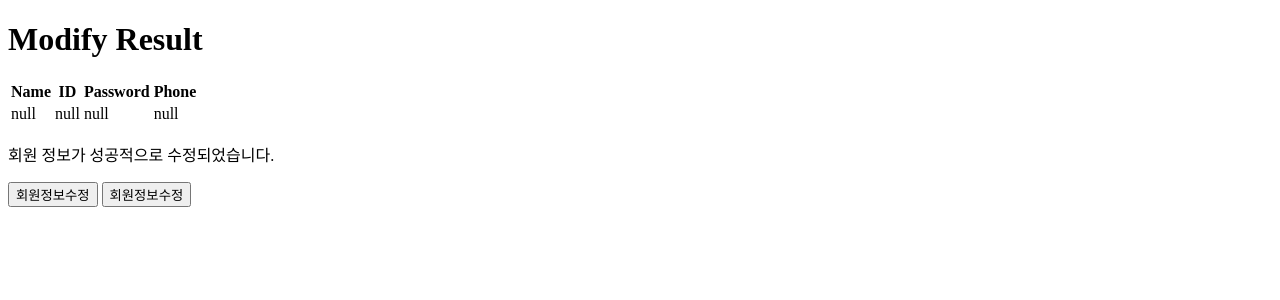
Repository: i-kemen/jsp
Page: http://localhost/WebTest/modifyResult.jsp
The author's editor kept a copy of each file at every save. The page is drawn from the files as they stood at one save, then again after the next save.
The browser window is 1280 px wide. The pictures show the whole page.
The page is served by Tomcat 10. Other server files are loaded and not shown.

Above is the page before, as saved 2023-06-22 11:19:17.

### WebTest/src/main/webapp/modifyResult.jsp
<%@ page language="java" contentType="text/html; charset=UTF-8" pageEncoding="UTF-8" %>
<!DOCTYPE html>
<html>
<head>
    <meta charset="UTF-8">
    <title>Modify Result</title>
</head>
<body>
    <h1>Modify Result</h1>
    <%-- 수정된 회원 정보를 출력 --%>
    <table>
        <tr>
            <th>Name</th>
            <th>ID</th>
            <th>Password</th>
            <th>Phone</th>
        </tr>
        <tr>
            <td><%= session.getAttribute("name") %></td>
            <td><%= session.getAttribute("id") %></td>
            <td><%= session.getAttribute("password") %></td>
            <td><%= session.getAttribute("phone") %></td>
        </tr>
    </table>
    <p>회원 정보가 성공적으로 수정되었습니다.</p>

      <script>
    function goToModifyPage() {
        location.href = "modify.jsp";
    }

    function goToLogOutPage() {
        location.href = "logout.jsp";
    }
</script>

<button onclick="goToModifyPage()">회원정보수정</button>
<button onclick="goToModifyPage()">회원정보수정</button>

</body>
</html>

After the next save:
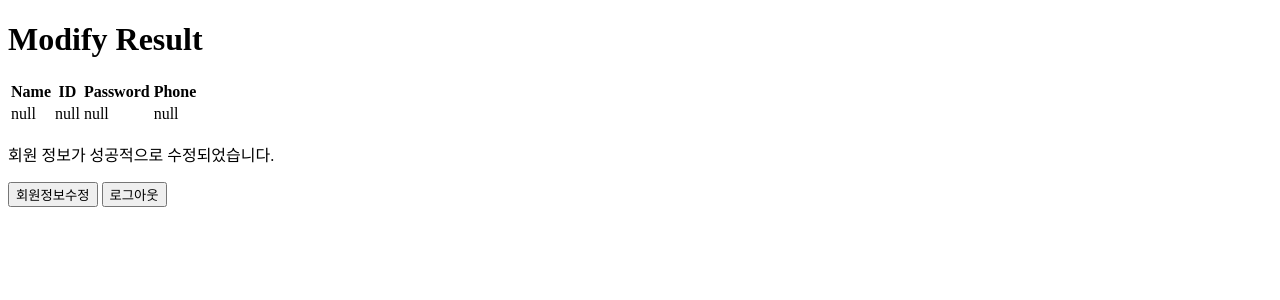
Saved 14 s later.
--- a/WebTest/src/main/webapp/modifyResult.jsp
+++ b/WebTest/src/main/webapp/modifyResult.jsp
@@ -35,7 +35,7 @@
 </script>
 
 <button onclick="goToModifyPage()">회원정보수정</button>
-<button onclick="goToModifyPage()">회원정보수정</button>
+<button onclick="goToLogOutPage()">로그아웃</button>
 
 </body>
 </html>
